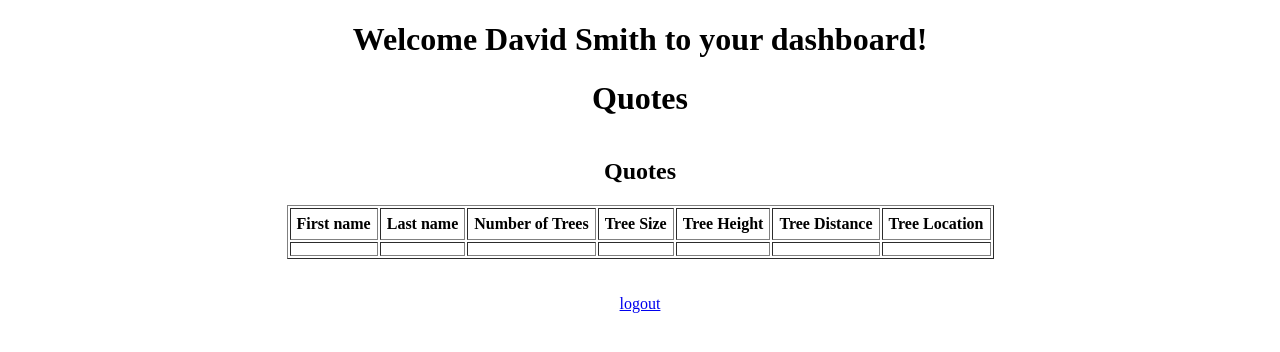
Repository: jrule5960/Tree-Cutting-Database
Page: http://localhost/database/DavidSmithView.jsp
The author's editor kept a copy of each file at every save. The page is drawn from the files as they stood at one save, then again after the next save.
The browser window is 1280 px wide. The pictures show the whole page.
The page is served by Tomcat 9.

Above is the page before, as saved 2023-11-06 22:27:15.

After the next save:
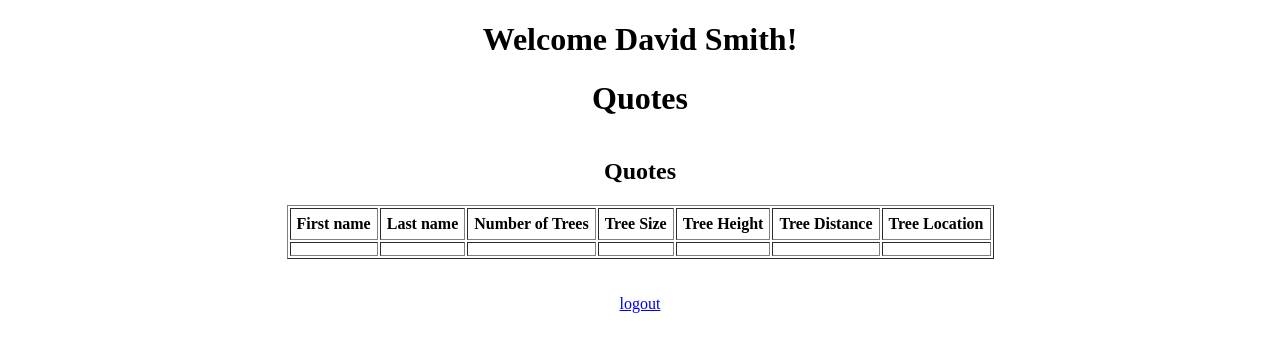
Saved 52 s later.
--- a/database/WebContent/DavidSmithView.jsp
+++ b/database/WebContent/DavidSmithView.jsp
@@ -8,7 +8,7 @@
 </head>
 <body>
 <center>
-<h1>Welcome David Smith to your dashboard!</h1>
+<h1>Welcome David Smith!</h1>
 
 <h1>Quotes</h1>
     <div align="center">
